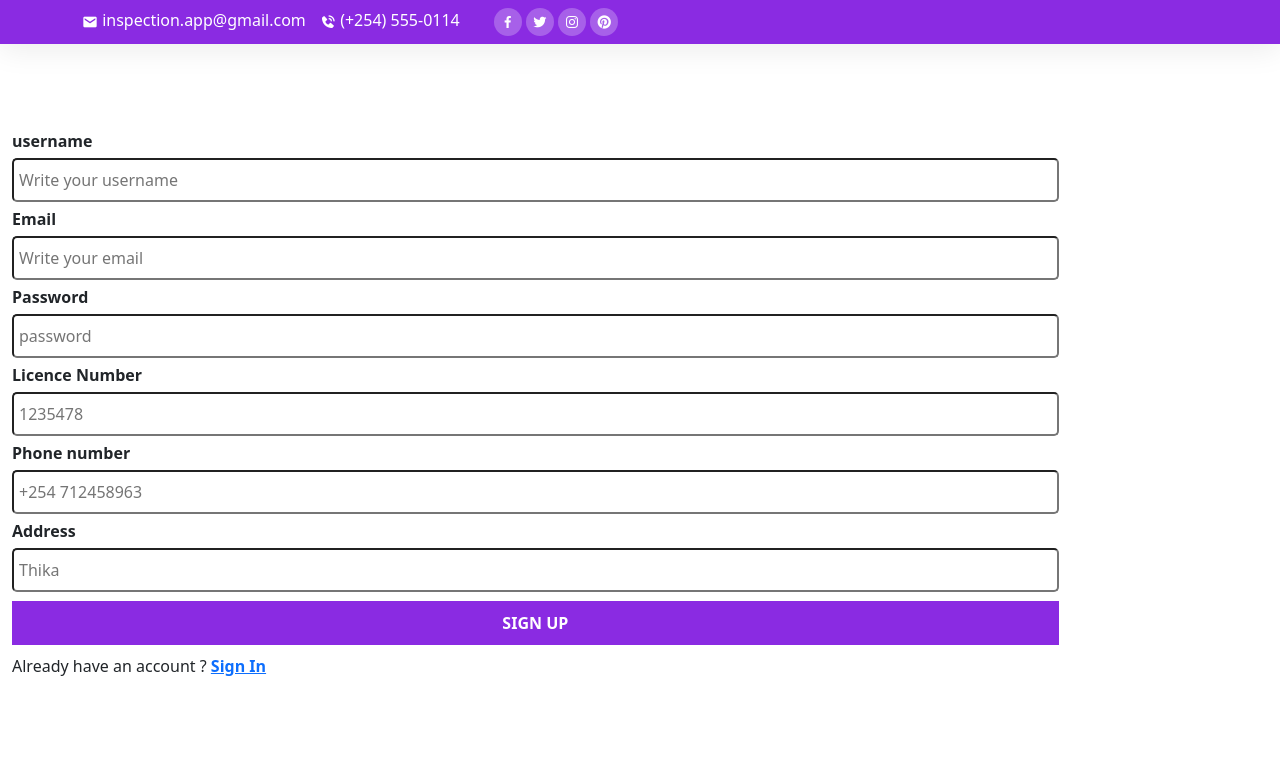
Repository: NDISHAW/Inspectionapp-rails
Page: public/signup.html
An editor plug-in stored every save of this project. The page is shown before and after the next save, followed by the edit.
The browser window is 1280 px wide. The pictures show the whole page.

Above is the page before, as saved 2022-10-09 04:23:42.

### public/signup.html
<!DOCTYPE html>
<html lang="en">
  <head>
    <meta charset="UTF-8" />
    <meta http-equiv="X-UA-Compatible" content="IE=edge" />
    <meta name="viewport" content="width=device-width, initial-scale=1.0" />
    <title>Sign up</title>
    <link rel="stylesheet" href="css/style.css">
    <link rel="stylesheet" href="css/bootstrap.min.css">
    <link rel="stylesheet" href="css/owl.carousel.min.css">
    <link rel="stylesheet" href="css/owl.theme.default.min.css">
    <link href='https://unpkg.com/boxicons@2.1.1/css/boxicons.min.css' rel='stylesheet'>

    <script src="/js/axios/dist/axios.min.js"></script>
  </head>
  <body data-bs-spy="scroll" data-bs-target=".navbar" data-bs-offset="70">


      <!-- TOP NAV -->
      <div class="top-nav navbar" id="home">
          <div class="container">
              <div class="row justify-content-between">
                  <div class="col-auto">
                      <p> <i class='bx bxs-envelope'></i> inspection.app@gmail.com</p>
                      <p> <i class='bx bxs-phone-call'></i> (+254) 555-0114</p>
                  </div>
                  <div class="col-auto social-icons">
                      <a href="#"><i class='bx bxl-facebook'></i></a>
                      <a href="#"><i class='bx bxl-twitter'></i></a>
                      <a href="#"><i class='bx bxl-instagram'></i></a>
                      <a href="#"><i class='bx bxl-pinterest'></i></a>
                  </div>
              </div>
          </div>
      </div>
    <section id="about">
      <div class="container-fluid">
    <div class="col-auto justify-content-center ">
      <div class="col-lg-10 ">
      <!-- username  -->
      <div class="username">
        <label for="username">username</label>
        <input
          type="username"
          name="username"
          id="username"
          placeholder="Write your username"
        />
      </div>
      <!-- Email  -->
      <div class="email">
        <label for="email">Email</label>
        <input
          type="email"
          name="email"
          id="email"
          placeholder="Write your email"
        />
      </div>
      <!-- passWord -->
      <div class="pass">
        <label for="password">Password</label>
        <input
          type="password"
          name="password"
          id="password"
          placeholder="password"
        />
      </div>
      <!-- licence_no -->
      <div class="pass">
        <label for="licence_no">Licence Number</label>
        <input
          name="licence_no"
          id="licence_no"
          placeholder="1235478"
        />
      </div>

      <!-- phone -->
      <div class="pass">
        <label for="phone">Phone number</label>
        <input
          name="phone"
          id="phone"
          placeholder="+254 712458963"
        />
      </div>

      <!-- address -->
      <div class="pass">
        <label for="address">Address</label>
        <input
          type="address"
          name="address"
          id="address"
          placeholder="Thika"
        />
      </div>
      <!-- Rails button -->
      <!-- <button id="submit-btn" onclick="rails()">Rails test</button> -->
      <!-- Sign Up button -->
      <button id="submit-btn" onclick="signUp();">Sign Up</button>
      <!-- Sign In option -->
      <p>Already have an account ?</p>
      <span><a href="signIn.html">Sign In</a></span>
    </div>
    </div>
    </div>
    </section>
  </div>
    <script src="main.js"></script>
  </body>
</html>

### public/css/style.css
@import url('https://fonts.googleapis.com/css2?family=Barlow:wght@400;500;600;700&display=swap');

:root {
    --brand: blueviolet;
    --dark: #092032;
    --body: #516171;
    --border: rgba(0,0,0,0.08);
    --shadow: 0px 6px 30px rgba(0, 0, 0, 0.08);

}

body {
    font-family: "Barlow", sans-serif;
    color: var(--body);
    line-height: 1.7;
}

h1,h2,h3,h4,h5,h6,
.display-1,.display-2,.display-3,.display-4 {
    font-weight: 700;
    color: var(--dark);
}

.bg-cover {
    background-size: cover;
    background-position: center;
    background-repeat: no-repeat;
}

img {
    width: 100%;
}

a {
    color: var(--dark);
    transition: all 0.4s ease;
    font-weight: 500;
}

a:hover {
    color: var(--brand);
}

section {
    padding-top: 80px;
    padding-bottom: 80px;
}

.text-brand {
    color: var(--brand) !important;
}


.hero-slider .owl-prev,
.hero-slider .owl-next{
    background-color: rgba(255, 255, 255, 0.3) !important;
    width: 60px !important;
    height: 60px !important;
    display: block;
    display: grid;
    place-items: center;
    color: #fff !important;
    border-radius: 100px;
    line-height: 0;
    border-radius: 100px !important;
    position: absolute;
    top: 50%;
    font-weight: 600 !important;
    font-size: 12px !important;
    transition: all 0.4s ease;
    margin-top: -30px !important;
}

.owl-prev {
    left: 0;
}
.owl-next {
    right: 0;
}

.hero-slider .owl-prev:hover,
.hero-slider .owl-next:hover {
    background-color: var(--brand) !important;
}

.owl-dot.active span{
    background-color: var(--brand) !important;
}


 /* slide */
 .slide {
     min-height: 100vh;
     display: flex;
     align-items: center;
     justify-content: center;
     position: relative;
}

.slide1 {
    background: linear-gradient(rgba(0, 0, 0, 0.4), rgba(0, 0, 0, 0.4)), url(../img/mec2.jpg);
    background-size: cover;
    background-position: center;
    background-repeat: no-repeat;
}

.slide2 {
    background: linear-gradient(rgba(0, 0, 0, 0.4), rgba(0, 0, 0, 0.4)), url(../img/world3.jpg);
    background-size: cover;
    background-position: center;
    background-repeat: no-repeat;
}

.slide .display-3 {
    text-transform: uppercase;
    color: #fff;
}

/* navbar */
.top-nav {
    background-color: var(--brand);
    color: #fff;
    padding-top: 5px;
    padding-bottom: 5px;
}

.top-nav p {
    display: inline-block;
    margin-bottom: 0;
    margin-right: 10px;
}

.top-nav span,
.top-nav i {
    vertical-align: middle;
}

.navbar {
    box-shadow: var(--shadow);
}

.social-icons a {
    width: 28px;
    height: 28px;
    display: inline-flex;
    color: #fff;
    background-color: rgba(255, 255, 255, 0.25);
    text-decoration: none;
    align-items: center;
    justify-content: center;
    border-radius: 100px;
}

.social-icons a:hover {
    background-color: #fff;
    color: var(--brand);
}

.navbar .navbar-nav .nav-link {
    color: var(--dark);
}

.navbar .navbar-nav .nav-link:hover {
    color: var(--brand);
}

.navbar .navbar-nav .nav-link.active {
    color: var(--brand);
}

.navbar-brand {
    font-size: 28px;
    font-weight: 700;
}

.navbar-brand .dot {
    color: var(--brand);
}

.btn {
    padding: 8px 26px;
}

.btn-brand {
    border-color: var(--brand);
    background-color: var(--brand);
    color: #fff;
}

.btn-brand:hover {
    background-color: #d64022;
    border-color: #d64022;
    color: #fff;
}

.intro {margin-bottom: 36px;
text-align: center;}

.intro p {
    max-width: 500px;
}
.intro h6{
    color: var(--brand);
    font-weight: 400;
    text-transform: uppercase;
}

.intro h1 {
    margin-top: 15px;
    margin-bottom: 15px;
}

.info-box {
    align-items: center;
    display: flex;
}

.info-box img {
    width: 90px;
}


#milestone {
    background: linear-gradient(rgba(136, 42, 143, 0.85), rgba(48, 181, 123, 0.85)), url(../img/inspe.jpg);
    background-size: cover;
    background-position: center;
    background-repeat: no-repeat;
}

#milestone h1,
#milestone p {
    color: #fff;
}

.service {
    padding: 32px;
    background-color: #fff;
    box-shadow: var(--shadow);
}

.service h5 {
    margin-top: 24px;
    margin-bottom: 14px;
}

.service img {
    width: 90px;
}


.project {
    position: relative;
    overflow: hidden;
    z-index: 2;
}

.project h6 {
    font-weight: 400;
}

.project h6::before {
    content: "";
    height: 2px;
    width: 30px;
    display: inline-block;
    background: var(--brand);
    vertical-align: middle;
    margin-right: 10px;
}


.project .overlay {
    width: 100%;
    height: 220px;
    position: absolute;
    bottom: 0;
    left: 0;
    background: linear-gradient(180deg, rgba(255, 76, 41, 0) 0%, var(--dark) 100%);
}

.project .content {
    position: absolute;
    left: 10%;
    bottom: 10%
}

.project h2,
.project h6 {
    color: #fff;
}

.team-member {
    text-align: center;
}

.team-member .image{
    position: relative;
    z-index: 2;
    overflow: hidden;
}

.team-member .overlay {
    width: 100%;
    height: 100%;
    position: absolute;
    left: 0;
    top: -10%;
    background-color: rgba(255, 77, 41, 0.7);
    opacity: 0;
    transition: all 0.4s ease;
}

.team-member h5 {
    margin-top: 16px;
    margin-bottom: 4px;
}

.team-member .social-icons {
    position: absolute;
    top: 60%;
    left: 50%;
    transform: translate(-50%, -50%);
    z-index: 2;
    opacity: 0;
    transition: all 0.4s ease;
}

.team-member .social-icons a {
    width: 40px;
    height: 40px;
}

.team-member:hover .social-icons {
    top: 50%;
    opacity: 1;
}

.team-member:hover .overlay {
    top: 0%;
    opacity: 1;
}

#reviews {

    background: linear-gradient(-90deg, rgba(8, 32, 50, 0.8), rgba(8, 32, 50, 0.8)), url(../img/imago.jpg), #082032;;
    background-size: cover;
    background-position: center;
    background-repeat: no-repeat;
}

.review {
    text-align: center;
    z-index: 2;
    position: relative;
    margin: 15px;
    max-width: 768px;
    margin: auto;
}

.review .bxs-quote-alt-left {
    font-size: 120px;
    position: absolute;
    opacity: 0.1;
    left: 50%;
    top: 50%;
    transform: translate(-50%, -50%);
    color: #fff;
}

.review img {
    width: 80px !important;
    height: 80px;
    border-radius: 100px;
    margin: auto;
}

.review h5 {
    margin-top: 16px;
    margin-bottom: 4px;
    color: #fff;
}

.review h3 {
    margin-top: 26px;
    margin-bottom: 26px;
    font-size: 22px;
    color: #fff;
    font-weight: 400;
    line-height: 1.7;
}

.review small {
    color: var(--brand);
}

.review .stars {
    color: var(--brand);
}

.blog-post {
    position: relative;
    background-color: #fff;
    box-shadow: var(--shadow);
}

.blog-post .content {
    padding: 32px;
}

.blog-post a {
    position: absolute;
    top: 20px;
    left: 20px;
    background-color: var(--brand);
    padding: 2px 12px;
    border-radius: 100px;
    text-decoration: none;
    color: #fff;
}

.blog-post h5 {
    margin-top: 12px;
    margin-bottom: 12px;
}

.blog-post small {
    text-transform: uppercase;
    color: var(--brand);
    text-decoration: underline;
}

footer {
    background: linear-gradient(0deg, rgba(8, 32, 50, 0.9), rgba(8, 32, 50, 0.9)), url(../img/teammech.jpg), #082032;;
    background-size: cover;
    background-position: center;
    background-repeat: no-repeat;
}

footer .footer-top {
    padding-top: 80px;
    padding-bottom: 40px;
}

.footer-bottom {
    border-top: 1px solid rgba(255, 255, 255, 0.1);
    padding-bottom: 20px;
    padding-top: 20px;
}

footer .navbar-brand {
    color: #fff;
}

footer p {
    color: #ADB3B9;
}

footer .social-icons a {
    width: 50px;
    height: 50px;
    font-size: 20px;
    margin-left: 4px;
    margin-right: 4px;
}

.loader {
    min-height: 100vh;
    display: flex;
    align-items: center;
    justify-content: center;
    background-color: red;
    z-index: 99999;
    position: fixed;
    left: 0;
    right: 0;
}


input.form-control {
    border-color: transparent;
    height: 44px;
}

.form-control {
    background-color: rgba(0, 0, 0, 0.04);
    border-color: rgba(0, 0, 0, 0.04);;
}

.form-control:focus {
    box-shadow: none;
    border-color: var(--brand);
}
.form {
    width: 400px;
    border-radius: 5px;
    background-color: white;
    height:fit-content;
    padding: 5px 10px;
    background-color: #9633FF;
}
label {
    display: block;
    font-weight: bolder;
    margin: 5px 0px;
}

input {
    width: 100%;
    padding: 8px 5px;
    border-radius: 5px;
    margin-bottom: 10px;
}

#submit-btn {
    border: none;
    background-color: blueviolet;
    width: 100%;
    padding: 10px 8px;
    color: white;
    font-weight: bolder;
    text-transform: uppercase;
    cursor: pointer;
    margin: 9px 0px;
}

p {
    font-size: 16px;
    border-radius: 10px;
    cursor: pointer;
    display: inline-block;
}

a {
    text-decoration: none;
    font-weight: bolder;
}


/*@import url(https://fonts.googleapis.com/css?family=Roboto:400,300,500);*/
*:focus {
    outline: none;

}

### public/main.js
// // setting up firebase with our website
// const firebaseApp = firebase.initializeApp({
//         apiKey: "AIzaSyDF9DKF44fhzBzk5fZB5Mk4_21q4Ey2kxQ",
//         authDomain: "inspection-e4bf7.firebaseapp.com",
//         projectId: "inspection-e4bf7",
//         storageBucket: "inspection-e4bf7.appspot.com",
//         messagingSenderId: "94545597565",
//         appId: "1:94545597565:web:9e1d12415061541a4ecd14",
//         measurementId: "G-P207FELWW2"
//       });
// const db = firebaseApp.firestore();
// const auth = firebaseApp.auth();

// Sign up function
// function signUp(){
//     //DOM manupilation
//     const email = document.getElementById("email").value;
//     const password = document.getElementById("password").value;
//     const phone = document.getElementById("phone").value;
//     const licence_no = document.getElementById("licence_no").value;
//     const address = document.getElementById("address").value;
//     console.log(email, password)
//     // firebase code
//     firebase.auth().createUserWithEmailAndPassword(email, password)
//         .then((result) => {
//             // Signed in
//             document.write("You are Signed Up")
//             window.location = "dashboard.html";
//             console.log(result)
//             // ...
//         })
//         .catch((error) => {
//             console.log(error.code);
//             console.log(error.message)
//             // ..
//         });
// }




// Sign In function
// const username = document.getElementById("username").value;
// const password = document.getElementById("password").value;

function signIn() {
    const username = document.getElementById("username").value;
    const password = document.getElementById("password").value;
    // firebase code
    // firebase.auth().signInWithEmailAndPassword(email, password)
    axios
        .post("http://localhost:3000/api/login", {
            password: password,
            username: username,
            // phone: phone,
            // licence_no: licence_no,
            // address: address,
        })
        .then((result) => {
            // Signed in
            document.write("You are Signed In");
            // window.location = "form.html";
            window.location = "dashboard.html";

            console.log(result);
        })
        .catch((error) => {
            console.log(error.code);
            console.log(error.message);
        });
}

function signUp() {
  const username = document.getElementById("username").value;
  const email = document.getElementById("email").value;
  const password = document.getElementById("password").value;const phone = document.getElementById("phone").value;const licence_no = document.getElementById("licence_no").value;const address = document.getElementById("address").value;
  // firebase code
  // firebase.auth().signInWithEmailAndPassword(email, password)
  axios
    .post("http://localhost:3000/api/signup", {
      username: username,
      password: password,
      phone: phone,
      licence_no: licence_no,
      address: address,
      email: email,
    })
    .then((result) => {
      // Signed in
      document.write("You are Signed Up");
      // window.location = "form.html";
      window.location = "dashboard.html";

      console.log(result);
    })
    .catch((error) => {
      console.log(error.code);
      console.log(error.message);
    });
}

Loaded but not shown: public/css/bootstrap.min.css (library); public/css/owl.carousel.min.css (library); public/css/owl.theme.default.min.css (common file); public/js/axios/dist/axios.min.js (library)

After the next save:
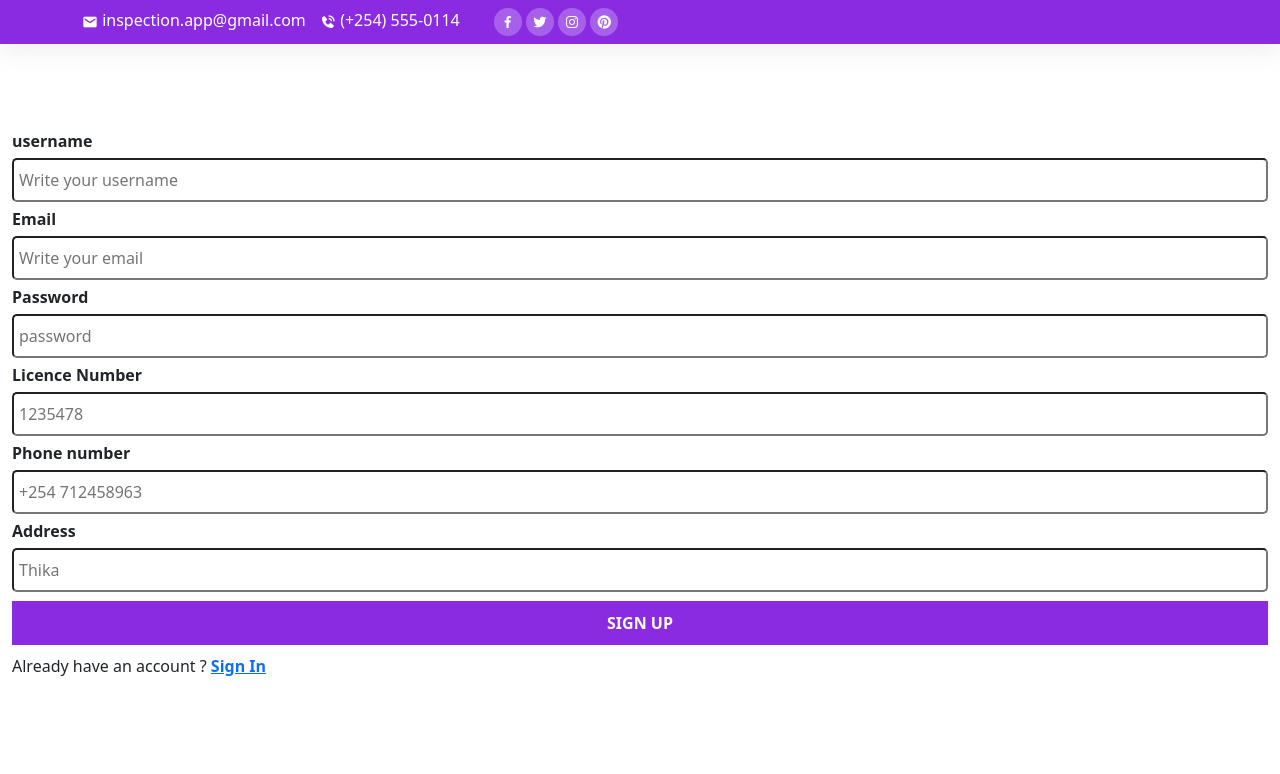
Saved 9 s later.
--- a/public/signup.html
+++ b/public/signup.html
@@ -36,7 +36,7 @@
     <section id="about">
       <div class="container-fluid">
     <div class="col-auto justify-content-center ">
-      <div class="col-lg-10 ">
+      <div class="col-auto -lg-10 ">
       <!-- username  -->
       <div class="username">
         <label for="username">username</label>
